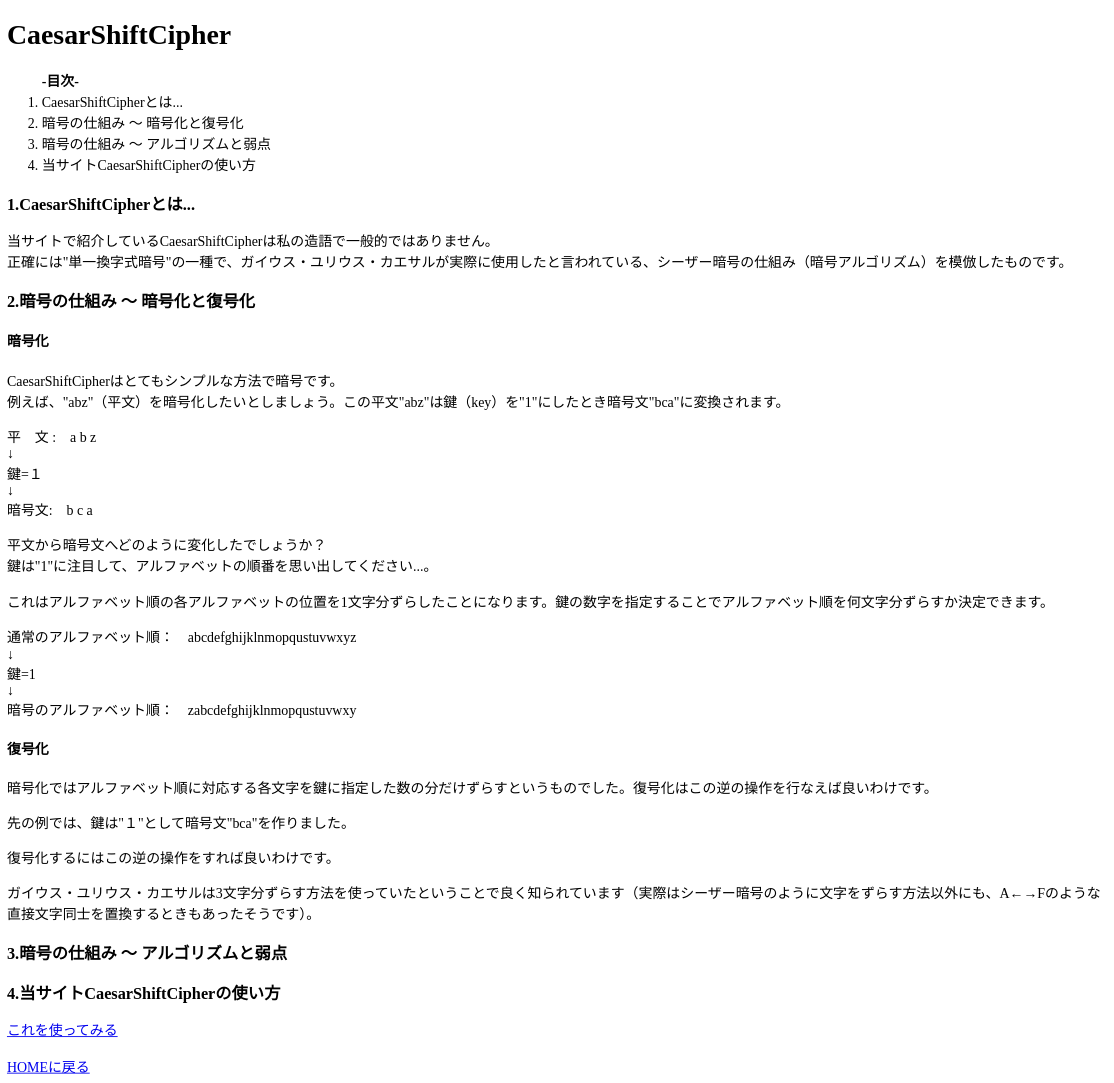
Repository: RantaWatari/TEST
Page: http://localhost/CipherProject/CipherMore?page=1
These files come from the project's save history. The page is drawn as it stood at one moment and after the next save; the edit follows.
The browser window is 1280 px wide. The pictures show the whole page, at 87% of full size.
The page is served by Tomcat 9.

Above is the page before, as saved 2017-07-25 02:45:36.

### CipherProject/WebContent/WEB-INF/jsp/CaesarShiftCipher.jsp
<%@ page language="java" contentType="text/html; charset=UTF-8"
    pageEncoding="UTF-8"%>
<!DOCTYPE html PUBLIC "-//W3C//DTD HTML 4.01 Transitional//EN" "http://www.w3.org/TR/html4/loose.dtd">
<html>
<head>
<meta http-equiv="Content-Type" content="text/html; charset=UTF-8">
<title>CaesarShiftCipher-Page</title>
</head>
<body>

<h1>CaesarShiftCipher</h1>
	<ol>
	<strong>-目次-</strong>
	<li>CaesarShiftCipherとは...</li>
	<li>暗号の仕組み ～ 暗号化と復号化</li>
	<li>暗号の仕組み ～ アルゴリズムと弱点</li>
	<li>当サイトCaesarShiftCipherの使い方</li>
	</ol>
<h3>1.CaesarShiftCipherとは...</h3>
	<p>当サイトで紹介しているCaesarShiftCipherは私の造語で一般的ではありません。<br>
	正確には"単一換字式暗号"の一種で、ガイウス・ユリウス・カエサルが実際に使用したと言われている、シーザー暗号の仕組み（暗号アルゴリズム）を模倣したものです。</p>
<h3>2.暗号の仕組み ～ 暗号化と復号化</h3>
	<h4>暗号化</h4>
		<p>CaesarShiftCipherはとてもシンプルな方法で暗号です。<br>例えば、"abz"（平文）を暗号化したいとしましょう。この平文"abz"は鍵（key）を"1"にしたとき暗号文"bca"に変換されます。</p>
		<p>平　文 :　a b z<br>↓<br>鍵=１<br>↓<br>暗号文:　b c a</p>
		<p>平文から暗号文へどのように変化したでしょうか？<br>鍵は"1"に注目して、アルファベットの順番を思い出してください...。<br><br>これはアルファベット順の各アルファベットの位置を1文字分ずらしたことになります。鍵の数字を指定することでアルファベット順を何文字分ずらすか決定できます。</p>
		<p>通常のアルファベット順：　abcdefghijklnmopqustuvwxyz<br>↓<br>鍵=1<br>↓<br>暗号のアルファベット順：　zabcdefghijklnmopqustuvwxy</p>
	<h4>復号化</h4>
		<p>暗号化ではアルファベット順に対応する各文字を鍵に指定した数の分だけずらすというものでした。復号化はこの逆の操作を行なえば良いわけです。</p>
		<p>先の例では、鍵は"１"として暗号文"bca"を作りました。<br></p>
		<p>復号化するにはこの逆の操作をすれば良いわけです。</p>

		<p>ガイウス・ユリウス・カエサルは3文字分ずらす方法を使っていたということで良く知られています（実際はシーザー暗号のように文字をずらす方法以外にも、A←→Fのような直接文字同士を置換するときもあったそうです）。</p>
<h3>3.暗号の仕組み ～ アルゴリズムと弱点</h3>
	<p></p>
<h3>4.当サイトCaesarShiftCipherの使い方</h3>
	<p></p>
<a href="http://localhost/CaesarShiftCipher/CaesarShiftCipher">これを使ってみる</a><br><br>
<a href="/CipherProject/">HOMEに戻る</a>

</body>
</html>

### CipherProject/src/servlet/Cipher.java
package servlet;

import java.io.IOException;

import javax.servlet.RequestDispatcher;
import javax.servlet.ServletException;
import javax.servlet.annotation.WebServlet;
import javax.servlet.http.HttpServlet;
import javax.servlet.http.HttpServletRequest;
import javax.servlet.http.HttpServletResponse;

@WebServlet("/CipherMore")
public class Cipher extends HttpServlet {
	private static final long serialVersionUID = 1L;

	protected void doGet(HttpServletRequest request, HttpServletResponse response) throws ServletException, IOException {

		String page =  request.getParameter("page");
		int pageNum = Integer.parseInt(page);

		if(pageNum == 0){

		}else if(pageNum == 1){
			RequestDispatcher dispatcher = request.getRequestDispatcher("/WEB-INF/jsp/CaesarShiftCipher.jsp");
			dispatcher.forward(request, response);
		}else if(pageNum == 2){
			RequestDispatcher dispatcher = request.getRequestDispatcher("/WEB-INF/jsp/VigenereCipher.jsp");
			dispatcher.forward(request, response);
		}else if(pageNum == 3){
			RequestDispatcher dispatcher = request.getRequestDispatcher("/WEB-INF/jsp/Enigma.jsp");
			dispatcher.forward(request, response);
		}else if(pageNum == 777){
			RequestDispatcher dispatcher = request.getRequestDispatcher("/WEB-INF/jsp/Unicode.jsp");
			dispatcher.forward(request, response);
		}

	}

}

After the next save:
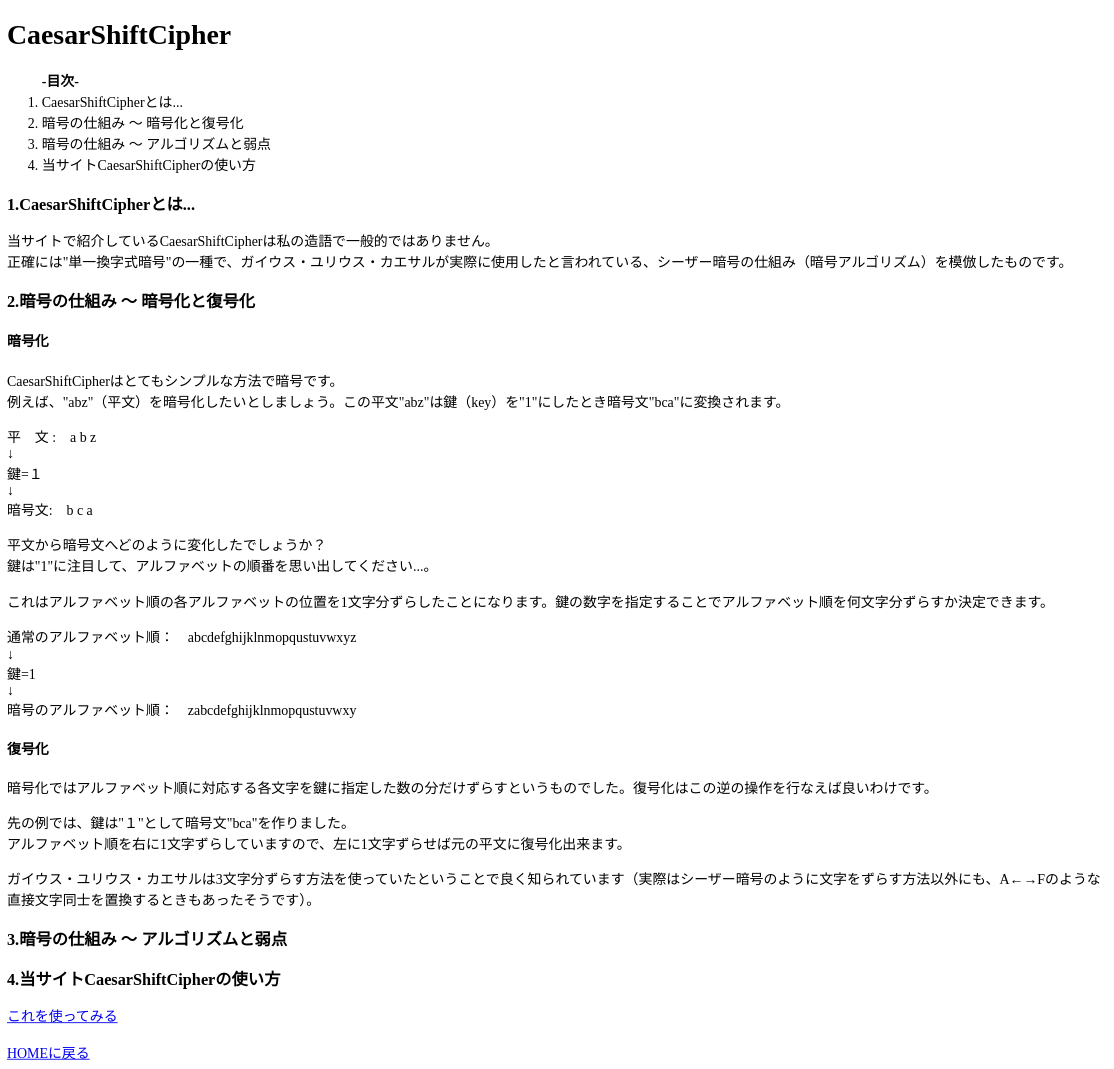
Saved 2 min 36 s later.
--- a/CipherProject/WebContent/WEB-INF/jsp/CaesarShiftCipher.jsp
+++ b/CipherProject/WebContent/WEB-INF/jsp/CaesarShiftCipher.jsp
@@ -27,8 +27,7 @@
 		<p>通常のアルファベット順：　abcdefghijklnmopqustuvwxyz<br>↓<br>鍵=1<br>↓<br>暗号のアルファベット順：　zabcdefghijklnmopqustuvwxy</p>
 	<h4>復号化</h4>
 		<p>暗号化ではアルファベット順に対応する各文字を鍵に指定した数の分だけずらすというものでした。復号化はこの逆の操作を行なえば良いわけです。</p>
-		<p>先の例では、鍵は"１"として暗号文"bca"を作りました。<br></p>
-		<p>復号化するにはこの逆の操作をすれば良いわけです。</p>
+		<p>先の例では、鍵は"１"として暗号文"bca"を作りました。<br>アルファベット順を右に1文字ずらしていますので、左に1文字ずらせば元の平文に復号化出来ます。</p>
 
 		<p>ガイウス・ユリウス・カエサルは3文字分ずらす方法を使っていたということで良く知られています（実際はシーザー暗号のように文字をずらす方法以外にも、A←→Fのような直接文字同士を置換するときもあったそうです）。</p>
 <h3>3.暗号の仕組み ～ アルゴリズムと弱点</h3>
